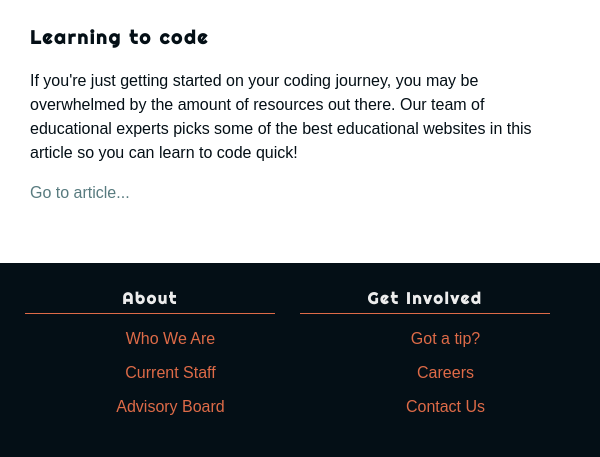
Repository: 10-2-pursuit/lab-css-media-queries
Page: index.html
These files come from the project's save history. The page is drawn as it stood at one moment and after a run of saves; the edit follows.
The browser window is 600 px wide. The pictures show the part of the page from y = 2012 to 2469 px (the page is 2469 px tall before and 2468 px after).

Above is the page before, as saved 2023-06-20 20:14:16.

After the next 4 saves:
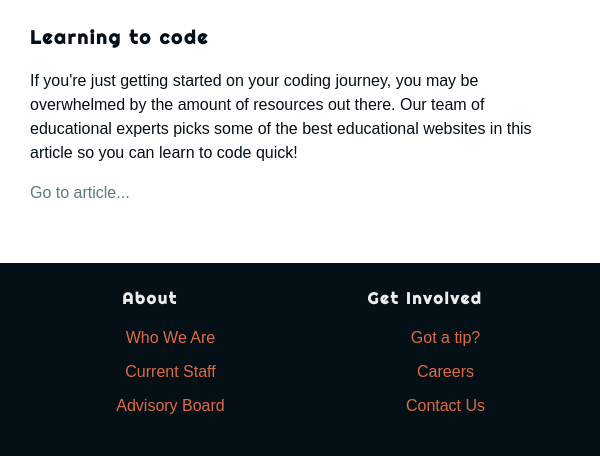
The 4 saves are shown as one change because they came seconds apart.
The last was saved 13 s later.
--- a/styles.css
+++ b/styles.css
@@ -207,8 +207,8 @@ footer a:hover {
   }
 
   footer h4 {
-    border
-  }
-
-
-}
+    border-bottom: none;
+  }
+
+
+}
